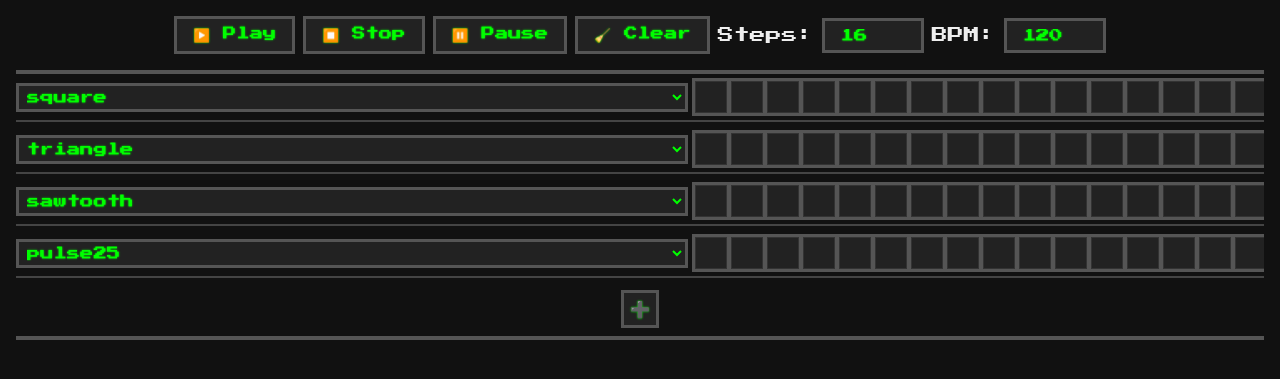
Repository: Aldentec/8-bit-Composer
Page: index.html
The author's editor kept a copy of each file at every save. The page is drawn from the files as they stood at one save, then again after the next save.
The browser window is 1280 px wide. The pictures show the whole page.
Some web libraries are served in a nearby version.

Above is the page before, as saved 2025-05-28 14:55:39.

### index.html
<!DOCTYPE html>
<html lang="en">
<head>
  <meta charset="UTF-8">
  <title>8-Bit Composer</title>
  <link rel="stylesheet" href="style.css">
</head>
<body>
    <div id="controls">
        <button id="play">▶️ Play</button>
        <button id="stop">⏹️ Stop</button>
        <button id="pause">⏸️ Pause</button>
        <button id="clear">🧹 Clear</button>

        <label for="steps-input">Steps:</label>
        <input id="steps-input" type="number" min="1" value="16" style="width:4rem;">

        <label for="bpm-input">BPM:</label>
        <input id="bpm-input" type="number" min="1" max="300" value="120" style="width:4rem;">
    </div>

  <div id="grid"></div>

  <!-- Tone.js as global, then our modules -->
  <script src="node_modules/tone/build/Tone.js"></script>
  <script type="module" src="js/main.js"></script>
</body>
</html>

### style.css
/* ------------------------------
   Retro 8-Bit Theme
   ------------------------------ */

/* Use a pixel-style font; include via Google Fonts or host locally */
@import url('https://fonts.googleapis.com/css2?family=Press+Start+2P&display=swap');

body {
  background: #111 url('data:[embedded picture, 57 characters]' /* tiny noise */) repeat;
  color: #eee;
  font-family: 'Press Start 2P', monospace;
  margin: 1rem;
  text-align: center;
}

/* Controls bar */
#controls {
  display: flex;
  flex-wrap: wrap;
  gap: 0.5rem;
  justify-content: center;
  align-items: center;
  margin-bottom: 1rem;
}
#controls button,
#controls input,
#controls select {
  background: #222;
  border: 3px solid #555;
  border-radius: 0;
  padding: 0.5rem 1rem;
  font-family: inherit;
  color: #0f0;
  text-shadow: 0 0 2px #0f0;
  cursor: pointer;
}
#controls button:hover,
#controls input:hover,
#controls select:hover {
  background: #333;
  border-color: #0f0;
}

/* Note picker */
#note-picker-container {
  margin-bottom: 1rem;
}
#note-picker-container select {
  width: auto;
  background: #222;
  border: 3px solid #555;
  color: #0f0;
  text-shadow: 0 0 2px #0f0;
}

/* Grid container */
#grid {
  display: flex;
  flex-direction: column;
  gap: 4px;
  overflow-x: auto;
  padding-bottom: 0.5rem;
  border-top: 4px solid #555;
  border-bottom: 4px solid #555;
  margin: 0 auto;
  max-width: 100%;
}

/* Each row: dropdown + cells */
.grid-row {
  display: grid;
  align-items: center;
  gap: 4px;
  padding: 4px 0;
  border-bottom: 2px solid #444;
}

/* Instrument dropdown */
.instrument-select {
  background: #222;
  border: 3px solid #555;
  font-family: inherit;
  color: #0f0;
  text-shadow: 0 0 2px #0f0;
  padding: 4px;
}

/* Sequencer cell */
.cell {
  width: 2rem;
  height: 2rem;
  background: #222;
  border: 3px solid #555;
  box-shadow: inset 0 0 0 1px #333;
  cursor: pointer;

  /* pixelated text & alignment */
  display: flex;
  align-items: center;
  justify-content: center;
  font-size: 0.6rem;
  line-height: 1rem;
  font-family: inherit;
  color: #0f0;
  text-shadow: 0 0 1px #0f0;
  user-select: none;
}
.cell.active {
  background: #000;
  border-color: #0f0;
  box-shadow: inset 0 0 0 2px #0f0;
}
.cell:hover {
  border-color: #0f0;
}

/* Add-row button */
.add-row {
  width: 2rem;
  height: 2rem;
  margin: 0.5rem auto 0;
  background: #222;
  border: 3px solid #555;
  color: #0f0;
  text-shadow: 0 0 2px #0f0;
  display: flex;
  align-items: center;
  justify-content: center;
  cursor: pointer;
}
.add-row:hover {
  background: #000;
  border-color: #0f0;
}

/* Scrollbar styling for webkit */
#grid::-webkit-scrollbar {
  height: 8px;
}
#grid::-webkit-scrollbar-track {
  background: #111;
}
#grid::-webkit-scrollbar-thumb {
  background: #444;
  border: 2px solid #222;
  border-radius: 4px;
}

### js/main.js
// js/main.js

import {
  initGrid,
  clearGrid,
  INSTRUMENT_OPTIONS
} from './grid.js';
import { createVoices }      from './voices.js';
import { initSequencer }     from './sequencer.js';

document.addEventListener('DOMContentLoaded', () => {
  // 1) Initial rows: pick your first four defaults from the full options
  let instrumentNames = INSTRUMENT_OPTIONS.slice(0, 4);

  // 2) UI controls
  const playBtn  = document.getElementById('play');
  const pauseBtn = document.getElementById('pause');
  const stopBtn  = document.getElementById('stop');
  const clearBtn = document.getElementById('clear');
  const stepsIn  = document.getElementById('steps-input');
  const bpmIn    = document.getElementById('bpm-input');

  let voices = [];  // will hold our trigger functions

  // 3) Build or rebuild the grid + sequencer
  function build(steps, bpm) {
    // a) draw the grid (dropdowns + cells)
    initGrid('grid', instrumentNames, steps);

    // b) create voices in the same order as rows
    voices = createVoices(instrumentNames);

    // c) reset the Transport
    Tone.Transport.stop();
    Tone.Transport.cancel();
    Tone.Transport.position = 0;
    Tone.Transport.bpm.value = bpm;

    // d) schedule the sequencer
    initSequencer(voices);

    // e) button state reset
    playBtn.disabled  = false;
    pauseBtn.disabled = true;
    stopBtn.disabled  = true;
  }

  // 4) Initial build (16 steps @ 120 BPM)
  build(Number(stepsIn.value), Number(bpmIn.value));

  // 5) Play / Pause / Stop / Clear
  playBtn.addEventListener('click', async () => {
    await Tone.start();
    Tone.Transport.stop();
    Tone.Transport.position = 0;
    Tone.Transport.start();
    playBtn.disabled  = true;
    pauseBtn.disabled = false;
    stopBtn.disabled  = false;
  });

  pauseBtn.addEventListener('click', () => {
    Tone.Transport.pause();
    playBtn.disabled  = false;
    pauseBtn.disabled = true;
    stopBtn.disabled  = false;
  });

  stopBtn.addEventListener('click', () => {
    Tone.Transport.stop();
    Tone.Transport.position = 0;
    playBtn.disabled  = false;
    pauseBtn.disabled = true;
    stopBtn.disabled  = true;
  });

  clearBtn.addEventListener('click', () => {
    clearGrid();
    Tone.Transport.stop();
    Tone.Transport.position = 0;
    playBtn.disabled  = false;
    pauseBtn.disabled = true;
    stopBtn.disabled  = true;
  });

  // 6) Steps change → rebuild everything
  stepsIn.addEventListener('change', () => {
    const s = Math.max(1, Number(stepsIn.value) || 1);
    build(s, Number(bpmIn.value));
  });

  // 7) BPM change → live tempo update
  bpmIn.addEventListener('change', () => {
    const b = Math.max(1, Math.min(300, Number(bpmIn.value) || 120));
    Tone.Transport.bpm.value = b;
  });

  document.addEventListener('addRowClicked', () => {
    // append a new row with default instrument
    instrumentNames.push(INSTRUMENT_OPTIONS[0]);
    // rebuild grid & sequencer
    build(Number(stepsIn.value), Number(bpmIn.value));
  });

  // 8) Instrument dropdown change → update that row’s voice only
  document.addEventListener('instrumentChanged', ({ detail: { row, type } }) => {
    // update the array
    instrumentNames[row] = type;

    // rebuild voices to reflect the new type
    voices = createVoices(instrumentNames);

    // re-schedule the transport so new voice takes effect
    Tone.Transport.stop();
    Tone.Transport.cancel();
    Tone.Transport.position = 0;
    initSequencer(voices);
  });
});

### js/grid.js
// js/grid.js

// Sequencer dimensions and state (set in initGrid)
export let STEPS     = 16;
export let CHANNELS  = 0;
export let gridState = [];   // boolean on/off per [row][step]
export let noteState = [];   // note string per [row][step]

/**
 * A master list of all available instrument types for the dropdowns.
 */
export const INSTRUMENT_OPTIONS = [
  'square','triangle','sawtooth','pulse25','pulse50','pulse75',
  'fmsynth','amsynth','metal','membrane','noise-white','noise-pink',
  'drum-kick','drum-snare','drum-tom','drum-hat'
];

/**
 * Renders a scrollable sequencer grid with:
 *  • a dropdown per row for instrument selection
 *  • left-click toggles a cell on/off, stamping it with its note (default "C4")
 *  • right-click prompts to edit that cell’s note
 *  • a “➕” button below to add more rows
 *
 * Preserves existing gridState/noteState when rows or steps change.
 *
 * @param {string} containerId       id of the <div> to fill
 * @param {string[]} instrumentTypes initial instrument type per row
 * @param {number} steps             number of columns
 */
export function initGrid(containerId, instrumentTypes = [], steps = 16) {
  // Keep old data to merge
  const oldGrid = gridState;
  const oldNotes = noteState;
  const oldRows = oldGrid.length;
  const oldCols = oldGrid[0]?.length || 0;

  CHANNELS = instrumentTypes.length;
  STEPS    = steps;

  // Build new gridState merging old values
  gridState = Array.from({ length: CHANNELS }, (_, r) =>
    Array.from({ length: STEPS }, (_, c) =>
      r < oldRows && c < oldCols ? oldGrid[r][c] : false
    )
  );
  // Build new noteState merging old notes, defaulting to "C4"
  noteState = Array.from({ length: CHANNELS }, (_, r) =>
    Array.from({ length: STEPS }, (_, c) =>
      r < oldRows && c < oldCols ? oldNotes[r][c] : 'C4'
    )
  );

  const container = document.getElementById(containerId);
  container.innerHTML = '';

  instrumentTypes.forEach((initialType, row) => {
    const rowEl = document.createElement('div');
    rowEl.className = 'grid-row';
    rowEl.style.gridTemplateColumns = `auto repeat(${STEPS}, 2rem)`;

    // Instrument dropdown
    const select = document.createElement('select');
    select.className = 'instrument-select';
    INSTRUMENT_OPTIONS.forEach(type => {
      const opt = document.createElement('option');
      opt.value = type;
      opt.textContent = type;
      if (type === initialType) opt.selected = true;
      select.append(opt);
    });
    select.addEventListener('change', e => {
      document.dispatchEvent(new CustomEvent('instrumentChanged', {
        detail: { row, type: e.target.value }
      }));
    });
    rowEl.append(select);

    // Sequencer cells
    for (let step = 0; step < STEPS; step++) {
      const cell = document.createElement('div');
      cell.className = 'cell';
      cell.dataset.row  = row;
      cell.dataset.step = step;
      // Restore UI if previously active
      if (gridState[row][step]) {
        cell.classList.add('active');
        cell.textContent = noteState[row][step];
      }

      // Left-click: toggle and stamp note
      cell.addEventListener('click', () => {
        if (!gridState[row][step]) {
          gridState[row][step] = true;
          cell.classList.add('active');
          cell.textContent = noteState[row][step];
        } else {
          gridState[row][step] = false;
          cell.classList.remove('active');
          cell.textContent = '';
        }
      });

      // Right-click: prompt to edit the note
      cell.addEventListener('contextmenu', e => {
        e.preventDefault();
        const current = noteState[row][step];
        const newNote = prompt('Enter note (e.g. C4, A#3):', current);
        if (newNote) {
          noteState[row][step] = newNote;
          if (gridState[row][step]) {
            cell.textContent = newNote;
          }
        }
      });

      rowEl.append(cell);
    }

    container.append(rowEl);
  });

  // “➕” Add-row button below the grid
  const addRowEl = document.createElement('div');
  addRowEl.className = 'add-row';
  addRowEl.textContent = '➕';
  addRowEl.title = 'Add a row';
  addRowEl.addEventListener('click', () => {
    document.dispatchEvent(new Event('addRowClicked'));
  });
  container.append(addRowEl);
}

/**
 * Clears all active steps in both state and UI.
 */
export function clearGrid() {
  gridState.forEach(rowArr => rowArr.fill(false));
  document.querySelectorAll('.cell.active').forEach(cell => {
    cell.classList.remove('active');
    cell.textContent = '';
  });
}

### js/voices.js
// js/voices.js

/**
 * Given an array of instrument‐type strings, returns
 * a trigger function for each row that takes (time, note).
 */
export function createVoices(instrumentTypes) {
  const env = { attack: 0.01, decay: 0.1, sustain: 0.5, release: 0.1 };

  return instrumentTypes.map(type => {
    switch (type) {
      // Basic synth voices use the passed-in note
      case 'square':
        return (time, note) => {
          new Tone.Synth({
            oscillator: { type: 'square' },
            envelope: env
          })
            .toDestination()
            .triggerAttackRelease(note, '16n', time);
        };

      case 'triangle':
        return (time, note) => {
          new Tone.Synth({
            oscillator: { type: 'triangle' },
            envelope: env
          })
            .toDestination()
            .triggerAttackRelease(note, '16n', time);
        };

      case 'sawtooth':
        return (time, note) => {
          new Tone.Synth({
            oscillator: { type: 'sawtooth' },
            envelope: env
          })
            .toDestination()
            .triggerAttackRelease(note, '16n', time);
        };

      case 'pulse25':
      case 'pulse50':
      case 'pulse75': {
        const width = type === 'pulse25' ? 0.25
                    : type === 'pulse50' ? 0.5
                    : 0.75;
        return (time, note) => {
          new Tone.Synth({
            oscillator: { type: 'pulse', width },
            envelope: env
          })
            .toDestination()
            .triggerAttackRelease(note, '16n', time);
        };
      }

      // More complex synths
      case 'fmsynth':
        return (time, note) => {
          new Tone.FMSynth({ modulationIndex: 12, envelope: env })
            .toDestination()
            .triggerAttackRelease(note, '16n', time);
        };

      case 'amsynth':
        return (time, note) => {
          new Tone.AMSynth({ harmonicity: 3, envelope: env })
            .toDestination()
            .triggerAttackRelease(note, '16n', time);
        };

      case 'metal':
        return (time, note) => {
          new Tone.MetalSynth({ envelope: env })
            .toDestination()
            .triggerAttackRelease(note, '16n', time);
        };

      case 'membrane':
        return (time, note) => {
          new Tone.MembraneSynth({
            envelope: { attack: 0.001, decay: 0.4, sustain: 0, release: 1 }
          })
            .toDestination()
            // for membrane synth we’ll still use the note, defaulting to C2 if none
            .triggerAttackRelease(note || 'C2', '8n', time);
        };

      // Noise synth ignores pitch
      case 'noise-white':
      case 'noise-pink': {
        const noiseType = type.split('-')[1];
        return (time/*, note*/) => {
          new Tone.NoiseSynth({
            noise: { type: noiseType },
            envelope: { attack: 0.001, decay: 0.2, sustain: 0 }
          })
            .toDestination()
            .triggerAttackRelease('16n', time);
        };
      }

      // Drum voices ignore the note argument
      case 'drum-kick':
      case 'drum-tom':
        return (time/*, note*/) => {
          new Tone.MembraneSynth({
            pitchDecay: 0.05,
            octaves: 10,
            envelope: { attack: 0.001, decay: 0.4, sustain: 0, release: 1 }
          })
            .toDestination()
            .triggerAttackRelease(
              type === 'drum-kick' ? 'C2' : 'C3',
              '8n',
              time
            );
        };

      case 'drum-snare':
      case 'drum-hat':
        return (time/*, note*/) => {
          new Tone.NoiseSynth({
            noise: { type: type === 'drum-snare' ? 'white' : 'pink' },
            envelope: { attack: 0.001, decay: 0.2, sustain: 0 }
          })
            .toDestination()
            .triggerAttackRelease('16n', time);
        };

      // Fallback: no sound
      default:
        return () => {};
    }
  });
}

### js/sequencer.js
// js/sequencer.js

import { STEPS, gridState, noteState } from './grid.js';

let repeatId = null;

/**
 * Initializes the sequencer:
 *  - Sets the Transport BPM
 *  - Clears any existing schedule
 *  - Schedules a 16th-note repeat that:
 *      • computes the current step
 *      • checks gridState[row][step]
 *      • if active, calls trigger(time, noteState[row][step])
 *
 * @param {Function[]} voices  Array of (time, note) => void trigger functions
 * @param {number} bpm         Tempo in beats per minute
 */
export function initSequencer(voices, bpm = 120) {
  // 1) set tempo
  Tone.Transport.bpm.value = bpm;

  // 2) clear any existing scheduled callback
  if (repeatId !== null) {
    Tone.Transport.clear(repeatId);
    repeatId = null;
  }

  // 3) schedule a single repeat on 16th notes
  repeatId = Tone.Transport.scheduleRepeat((time) => {
    // compute current step based on ticks
    const step = Math.floor(Tone.Transport.ticks / (Tone.Transport.PPQ / 4)) % STEPS;

    voices.forEach((trigger, row) => {
      if (gridState[row][step]) {
        const note = noteState[row][step];
        trigger(time, note);
      }
    });
  }, '16n');
}

/**
 * Binds a Play/Pause toggle to a button.
 * @param {string} buttonId  ID of the button element
 */
export function bindPlayButton(buttonId) {
  const btn = document.getElementById(buttonId);
  btn.textContent = '▶️ Play';
  btn.addEventListener('click', async () => {
    await Tone.start();
    if (Tone.Transport.state === 'started') {
      Tone.Transport.stop();
      btn.textContent = '▶️ Play';
    } else {
      Tone.Transport.start();
      btn.textContent = '⏸️ Pause';
    }
  });
}

After the next save:
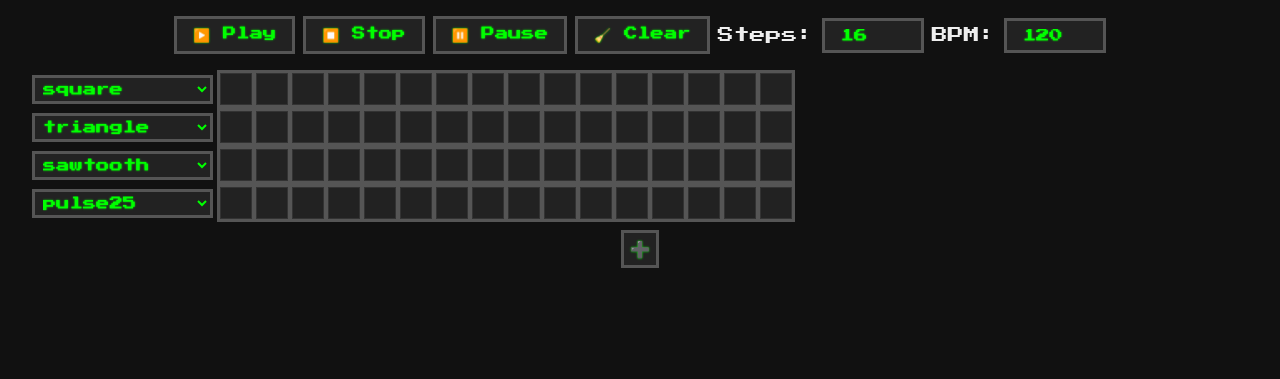
Saved 4 min 7 s later.
--- a/style.css
+++ b/style.css
@@ -55,24 +55,21 @@ body {
 
 /* Grid container */
 #grid {
-  display: flex;
-  flex-direction: column;
-  gap: 4px;
-  overflow-x: auto;
-  padding-bottom: 0.5rem;
-  border-top: 4px solid #555;
-  border-bottom: 4px solid #555;
+  width: 100%;
+  max-width: 100%;
+  overflow-x: auto;          /* horizontal scroll if needed */
+  box-sizing: border-box;
+  padding: 0 1rem;           /* optional padding so cells don’t butt the viewport */
   margin: 0 auto;
-  max-width: 100%;
 }
 
 /* Each row: dropdown + cells */
 .grid-row {
   display: grid;
+  width: max-content;        /* only as wide as its cells */
+  column-gap: 4px;
   align-items: center;
-  gap: 4px;
-  padding: 4px 0;
-  border-bottom: 2px solid #444;
+  grid-auto-flow: column;    /* you already set grid-template-columns inline */
 }
 
 /* Instrument dropdown */
